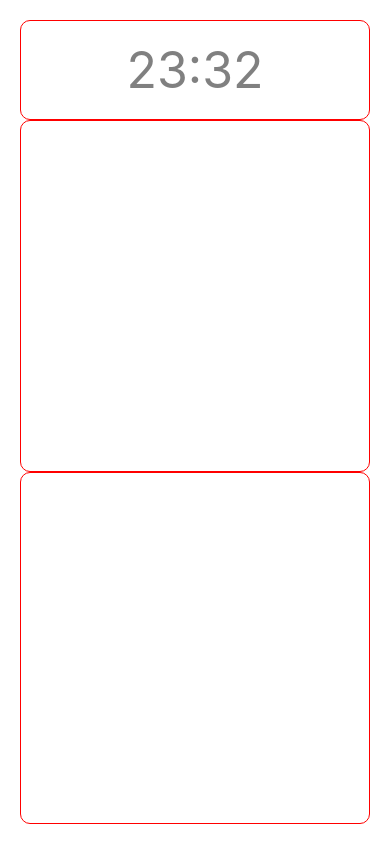
Repository: sonnke/imageResizer
Screen: /
An editor plug-in stored every save of this project. The screen is shown before and after the next save, followed by the edit.
The app was drawn by React Native's web renderer in a window 390 px wide. The project was rebuilt for these pictures with package versions that can differ from the ones it lists, and the page was loaded fresh each time.

Above is the screen before, as saved 2020-02-02 13:14:56.

### App.tsx
import React from 'react';
import { StyleSheet, Text, View } from 'react-native';
import styled from 'styled-components/native';

const MainContainer = styled.View`
  flex: 1;
  flex-direction: column;
  align-items: center;
  justify-content: space-around;
  padding: 20px;
`;

const StopWatch = styled.View`
  width: 100%;
  height: 100px;
  border-width: 1px;
  border-color: red;
  border-radius: 10px;
  justify-content: center;
  align-items: center;
`;

const ImageContainer = styled.View`
  width: 100%;
  flex: 1;
  border-width: 1px;
  border-color: red;
  border-radius: 10px;
  justify-content: center;
  align-items: center;
`;

const SliderContainer = styled.View`
  flex: 1;
  width: 100%;
  border-width: 1px;
  border-color: red;
  border-radius: 10px;
  justify-content: center;
  align-items: center;
`;

const StopWatchText = styled.Text`
  font-size: 50px;
  color: grey;
`;

export default function App() {
  return (
    <MainContainer>
      <StopWatch>
        <StopWatchText>23:32</StopWatchText>
      </StopWatch>
      <ImageContainer></ImageContainer>
      <SliderContainer></SliderContainer>
    </MainContainer>
  );
}

After the next save:
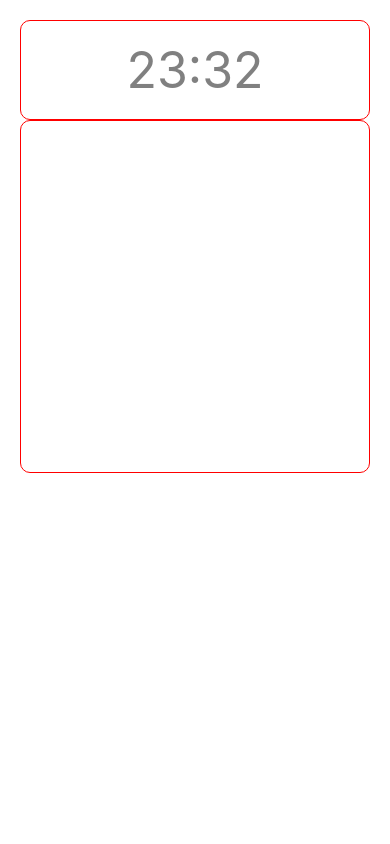
Saved 27 s later.
--- a/App.tsx
+++ b/App.tsx
@@ -32,12 +32,6 @@ const ImageContainer = styled.View`
 
 const SliderContainer = styled.View`
   flex: 1;
-  width: 100%;
-  border-width: 1px;
-  border-color: red;
-  border-radius: 10px;
-  justify-content: center;
-  align-items: center;
 `;
 
 const StopWatchText = styled.Text`
